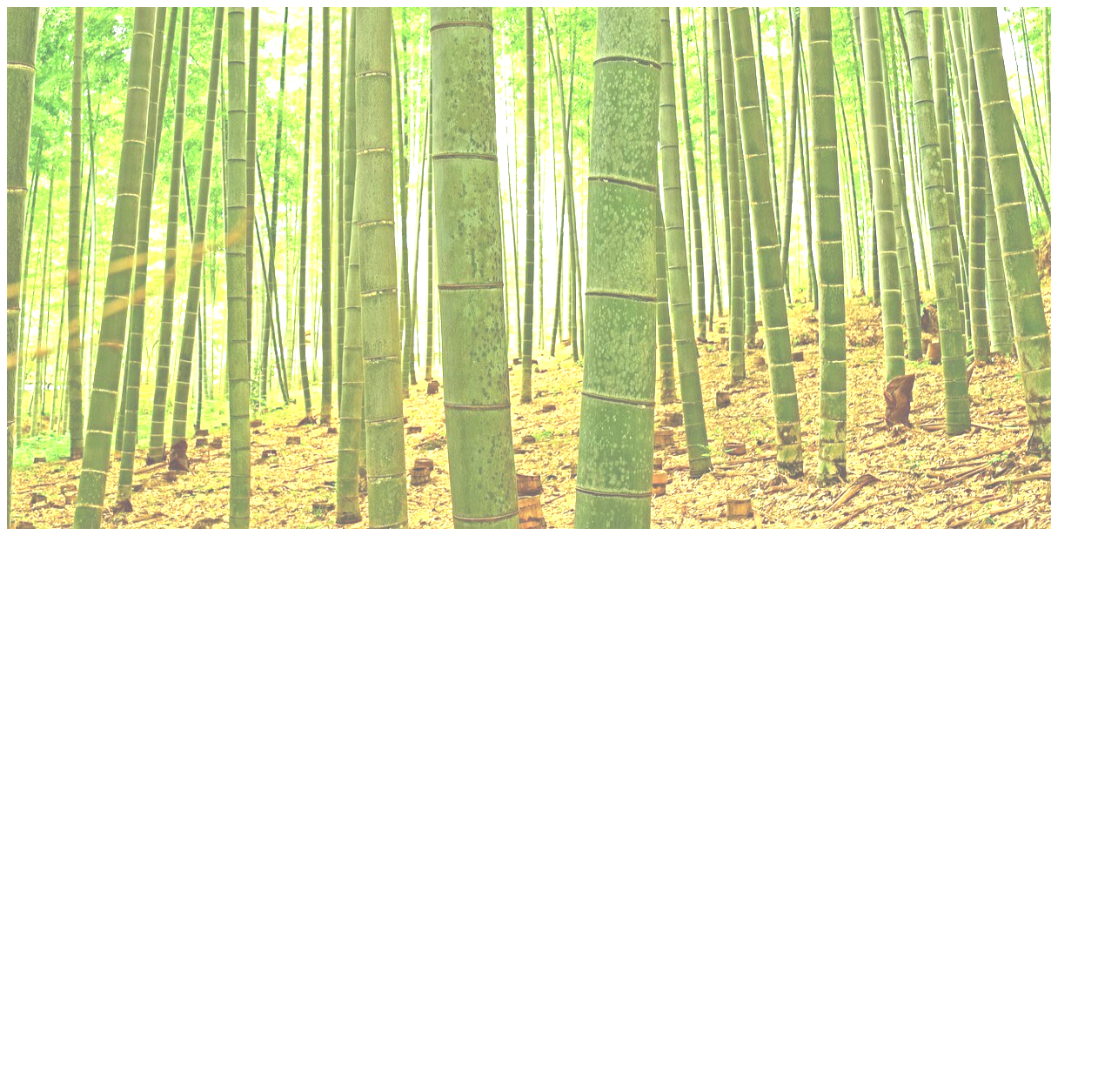
Repository: tanasa-mircea/playground
Page: canvas-filters/index.html
The author's editor kept a copy of each file at every save. The page is drawn from the files as they stood at one save, then again after the next save.
The browser window is 1280 px wide. The pictures show the whole page, at 87% of full size.

Above is the page before, as saved 2019-02-08 11:20:27.

After the next save:
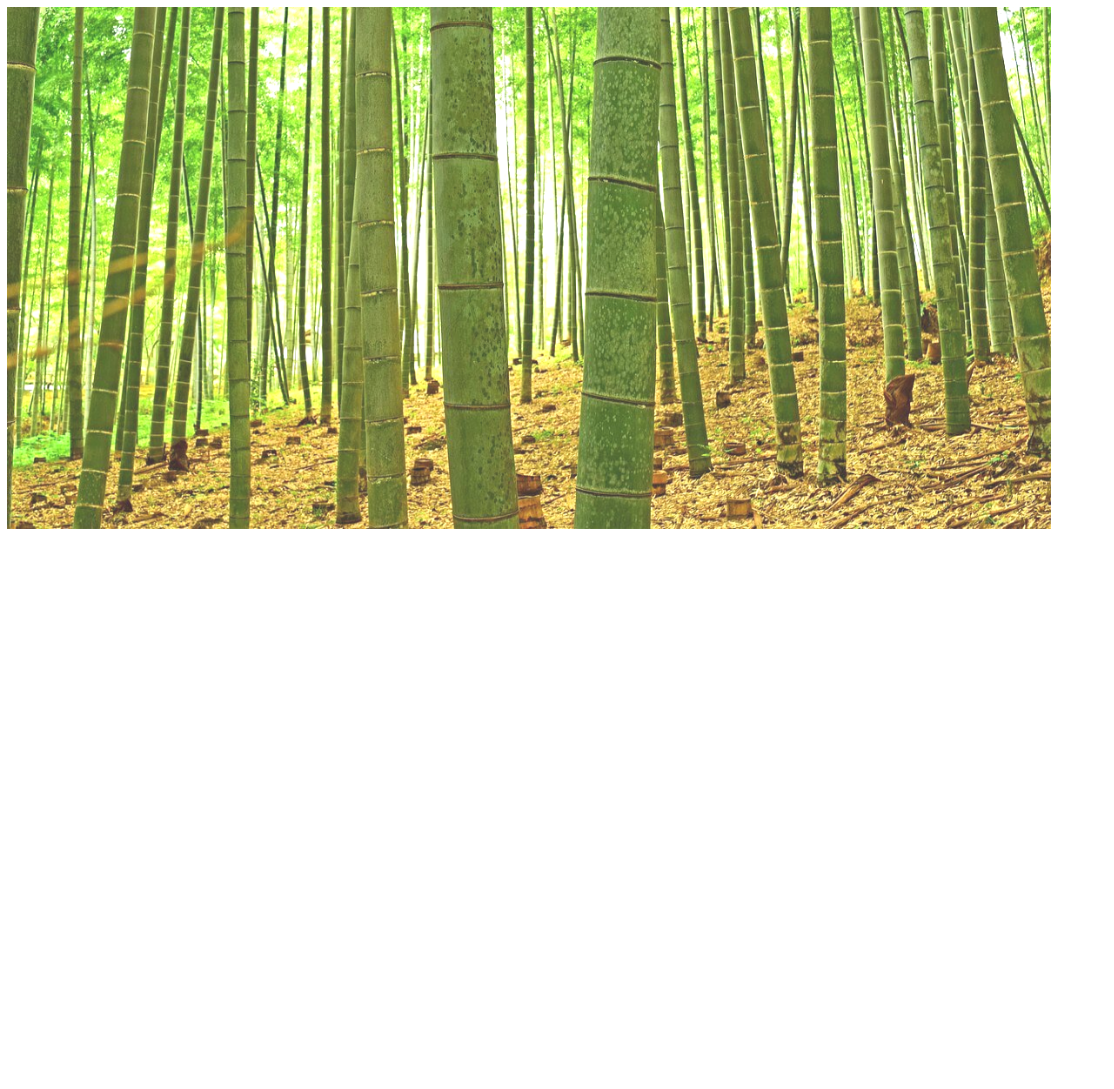
Saved 4 s later.
--- a/canvas-filters/main.js
+++ b/canvas-filters/main.js
@@ -20,7 +20,7 @@ function initCanvas() {
 
   // applyFilter(makeGrayscale, imageData);
   applyFilter(adjustBrightness, imageData, {
-    change: 100
+    change: 50
   });
   // applyFilter(makeSepia, imageData);
 }
